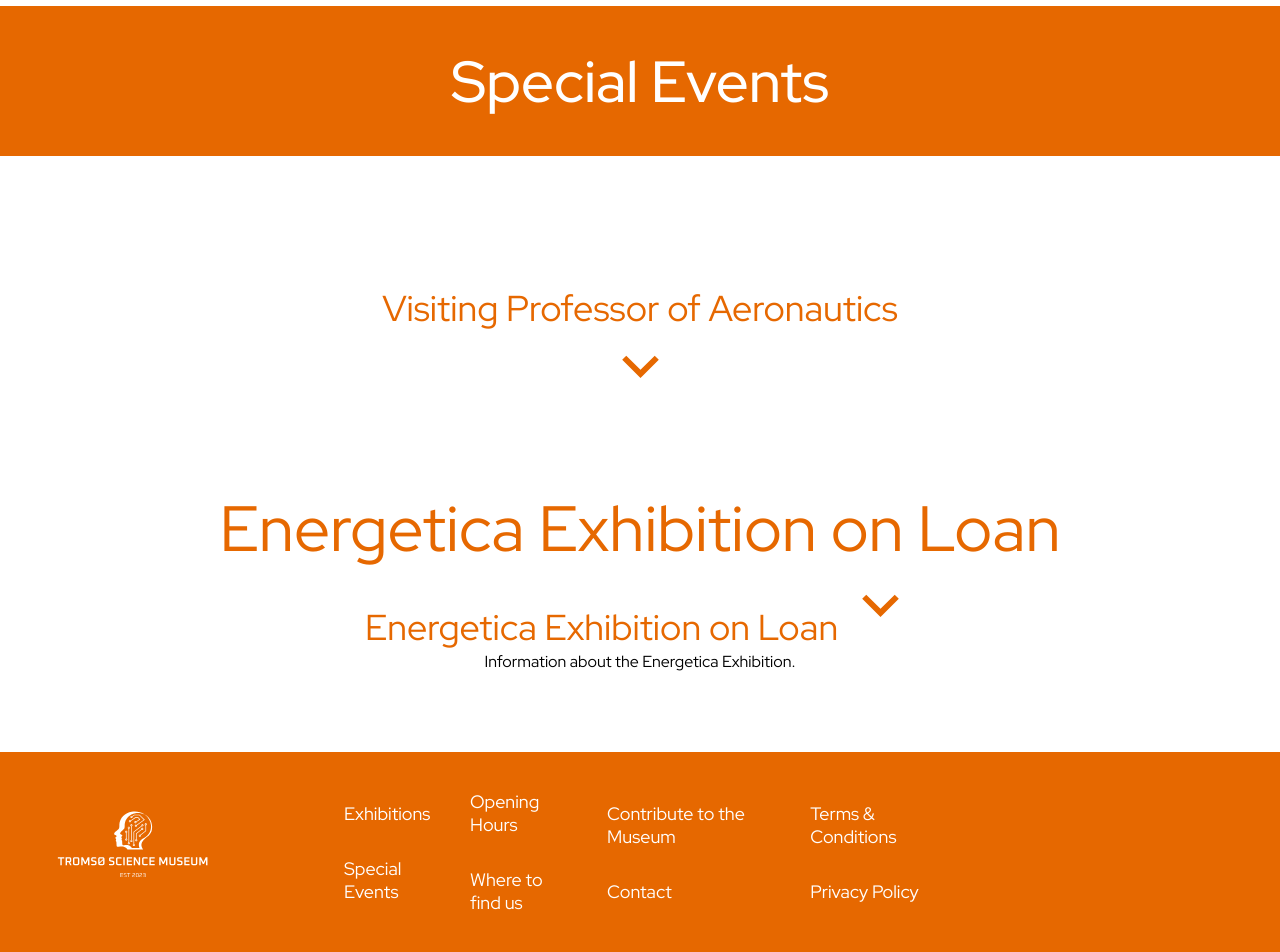
Repository: benjaminskarding/Semester-Project
Page: index.html
The author's editor kept a copy of each file at every save. The page is drawn from the files as they stood at one save, then again after the next save.
The browser window is 1280 px wide. The pictures show the part of the page from y = 5123 to 6075 px (the page is 6075 px tall before and 5990 px after).
A picture or video elsewhere on the page could not be fetched, so the positions and the page height are approximate.

Above is the page before, as saved 2023-12-04 12:37:52.

### index.html
<!DOCTYPE html>
<html lang="en">
<head>
    <meta charset="UTF-8">
    <meta name="viewport" content="width=device-width, initial-scale=1.0">
    <link rel="stylesheet" href="/src/css/index.css">
    <link rel="preconnect" href="https://fonts.googleapis.com">
    <link rel="preconnect" href="https://fonts.gstatic.com" crossorigin>
    <link href="https://fonts.googleapis.com/css2?family=Red+Hat+Display:wght@300;400;500;600;700;800&display=swap" rel="stylesheet">
    <title>Document</title>
</head>
<body>
<div class="landing-section">

    <div class="fullscreen-bg-vid">
        <video loop muted autoplay>
            <source src="assets/videos/30001-0863.mp4" type="video/mp4">
        </video>
    </div>

    <header class="header-collection">
        <div class="header-wrapper">
            <nav class="header-main-nav">
                <div class="header-nav-left-placeholder">
                </div>
                <div class="header-nav-center-logo">
                    <a href="index.html" aria-label="Go to homepage">
                        <img class="logo" src="assets/images/logo/whitelogo.svg" alt="company logo">
                    </a>
                </div>
                <div class="header-nav-right">
                    <label for="menuToggle" class="menu-button" aria-label="Open Menu"> <!--toggles overlay-->
                        <span class="white">MENU</span>
                        <img src="assets/images/icons/helix.svg" class="menuIcon" alt="navigation menu icon">
                    </label>
                </div>
            </nav>
        </div>

        <!--Hamburger overlay-->
        <input type="checkbox" id="menuToggle" class="menu-toggle-checkbox" style="display: none;">
        <div class="hamburger-overlay-homepage" id="menuOverlay" aria-label="Menu overlay">

            <div class="overlay-header">
                <h3 class="medium">Menu</h3>
                <label for="menuToggle" class="overlay-close-btn" aria-label="Close menu">&times;</label>
            </div>

            <div class="overlayOptionsContainer">
                <a href="index.html">
                  <h5 class="menu-item">Home</h5>
                </a>
                <a href="exhibitions.html">
                  <h5 class="menu-item">Exhibitions</h5>
              </a>
                <a href="special_events.html">
                  <h5 class="menu-item">Special Events</h5>
              </a>
                <a href="contribute.html">
                  <h5 class="menu-item">Contribute to the Museum</h5>
              </a>
                <a href="contact.html">
                  <h5 class="menu-item">Contact</h5>
              </a>
                <a href="terms_conditions.html">
                  <h5 class="menu-item">Terms & Conditions</h5>
              </a>
                <a href="privacy_policy.html">
                  <h5 class="menu-item">Privacy Policy</h5>
              </a>
            </div>
            <div class="overlayLogoContainer">
                <img src="assets/images/logo/whitelogo.svg" class="overlayLogo" alt="company logo in hamburger overlay">
            </div>
        </div>
    </header>


    <div class="hero-text">
        <h1><a href=#>CURRENT EXHIBITIONS</a></h1>
        <div class="hero-text-bottom">
            <div class="title">
                <h2 class="specEvent"><a href=#>SPECIAL EVENTS</a></h2>
            </div>
            <div class="additional-links">
                <div class="link-with-line">
                    <a href="contact.html" class="hero-small-link">CONTACT</a>
                    <div class="line"></div>
                </div>
                <div class="link-with-line">
                    <a href="#" class="hero-small-link-two">CONTRIBUTE TO THE MUSEUM</a>
                    <div class="line"></div>
                </div>
            </div>
        </div>
    </div>
</div>
    <div class="title-bar">
        <h3 class="medium">Visit</h3>
    </div>

    <div class="main-grid">
        <div class="left-column">
            <div class="column-text-content">
                <h4 class="medium orange">Admission</h4>
                <h6>The entrance is free for all.</h6>
                <p>There are guided tours of the museum that leave every hour.</p>
                <p>These tours are 70 NOK per person and include a handy printed guide of the museum.</p>
                <p>If you would like to organise a guided tour for your group of 6 or more people, please contact us to arrange the tour.</p>
                <p class="orange bold">Accessibility</p>
                <p>The museum has wheelchair accessibility ramps.</p>
                <p>It also has audio guides and braille display signs for the visually impaired.</p>
            </div>
        </div>
        <div class="center-column">
            <div class="column-text-content">
                <p class="orange bold">Shop</p>
                <p>Our shop offers a range of memorabilia from the museum as well as great gifts and activity packs that allow you to continue to explore science even after you’ve left the museum.</p>
                <p class="orange bold">Food and Drink</p>
                <p>There is a café attached to the museum where you can get light lunches, soft drinks, coffee, snacks and more.</p>
            </div>
        </div>
        <div class="right-sidebar">
            <div class="sidebarSection">
                <h5>Our Location</h5>
                <hr>
                <p>Tromsø Science Museum</p>
                <p>123 Northern Lights Avenue</p>
                <p>Tromsø, Norway</p>
            </div>
            <div class="sidebarSection">
                <h5>Opening Hours</h5>
                <hr>
                <p>Monday: Closed</p>
                <p>Tuesday: 10:00 – 16:00</p>
                <p>Wednesday: 10:00 – 16:00</p>
                <p>Thursday: 10:00 – 16:00</p>
                <p>Friday: 10:00 – 19:00</p>
                <p>Saturday: 9:00 – 16:00</p>
                <p class="lastpar">Sunday: 9:00 – 13:00</p>
            </div>
        </div>

        <div class="image">
            <img src="assets/images/x/cube.jpg">
        </div>
        <div class="mid-right-column">
            <div class="right-column-text-content">
                <h2 class="orange">Explore Together</h2>
                <p class="semibold">Come join us at the Tromsø Science Museum where we’re committed to making science accessible to all.</p>
                <p>Over the course of human history, science has developed from our early understanding of fire, wind, water, and earth to exploring everything from galaxies far away to the very building blocks of life itself.</p>
                <p>The aim of our museum is to create a space where everyone can experience the wonders of our discoveries and perhaps even ignite a lifelong passion to continue the exploration of the world around us.</p>
                <p>We believe science should not be confined to the textbook, but brought to live through exhibits. This is why we have over 1000 different exhibits on the many varied subjects of science to explore.</p>
                <p>Many of these exhibits are designed for you to interact with and play around to see science come to life (apart from the dinosaur exhibits – they only come to life at night when everyone’s gone home).</p>
            </div>
        </div>
    </div>

    <div class="mid-bar"></div>

    <div class="grid2">
        <div class="teach-col">
            <div class="column-text-content">
                <h4 class="medium orange">For Teachers</h4>
                <p class="semibold">As a community-driven museum, we want to work with schools to create places of learning and exploring.</p>
                <p>Our team are on hand to give your students guided tours of the museum, teach them in our learning laboratory, and provide great video presentations that will excite and inspire them.</p>
                <p>Please get in touch with us here to find out more about our facilities and to arrange a time to bring your students through for a visit.</p>
            </div>
        </div>

        <div class="low-mid-right-column">
            <div class="right-column-text-content">
                <h4 class="medium orange">For Kids</h4>
                <p class="semibold">Are you a young person looking to learn more about science? Come on down to our museum, there’s plenty to see and do.</p>
                <p>You can learn about Newtonian physics from our bumper swing, or why not travel back in time and meet our resident Woolly Mammoth? Our exhibits are designed to be accessible for interested minds, so make sure you come ready to learn and explore.</p>
                <p>We also have the Young Stars club which meets once a week on a Saturday between 10:00 and 13:00 where you’ll get to explore and experiment with our team of experts.</p>
                <p class="lastpar">During the school holidays we run special holiday clubs where you can join other children your age to go on a journey of discovery. Each holiday we pick a new theme to explore. To find out more about the holiday club and how you can join, send us a message.</p>
                <h4 class="medium orange">Researchers</h4>
                <p class="semibold">Are you looking to get involved with our team of researchers and academics?</p>
                <p>Our museum offers various ways for you to use our resources and contribute towards them. We have online records, laboratory space, and a working relationship with a number of universities around the country.</p>
            </div>
        </div>

        <div class="left-sidebar">
            <div class="sidebarSection">
                <h5>Special Events</h5>
                <hr>
                <p>Visiting Professor of Aeronautics</p>
                <p>Night in the Museum</p>
                <p>Energetica Exhibition on Loan</p>
            </div>
            <div class="sidebarSection">
                <h5>Current Exhibitions</h5>
                <hr>
                <p>Cosmology</p>
                <p>Evolution</p>
                <p>Biology & Medicine</p>
                <p>Ecology</p>
                <p>Robotics & AI</p>
            </div>
        </div>
    </div>

    <div class="title-bar title-bar-right">
        <h3 class="medium">Exhibitions</h3>
    </div>


    <div class="grid3">
        <div class="imageCarousel image">
            <img src="assets/images/x/spaceman.jpg">
        </div>
        <div class="carouselDescription">
            <div class="column-text-content">
                <h5 class="orange">Discover the Cosmos</h5>
                <p class="semibold">Embark on a celestial journey at the Tromsø Science Museum's space exhibit.</p>
                <p>Dive into the history of space exploration, from the earliest dreams of flying to the moon, to the latest discoveries in the vast expanse of our universe.</p>
            </div>
        </div>
        <div class="exhibText">
            <div class="right-column-text-content">
                <h4 class="medium orange">Engage, Learn and Interact</h4>
                <p class="semibold">The Tromsø Science Museum is not just a building; it's a celebration of human curiosity and the relentless pursuit of knowledge.</p>
                <p>As a beacon of discovery, our exhibitions are thoughtfully designed to inspire awe, stimulate intellect, and provoke conversation.</p>
                <p>From the enigmatic depths of outer space to the microscopic intricacies of biology, each exhibit serves as a window to the vast and varied tapestry of the universe.</p>
                <a href="#" class="exhibButton medium">Tour All Exhibitions</a>
            </div>
        </div>
    </div>

    <div class="title-bar">
        <h3 class="medium">Contribute</h3>
    </div>

    <div class="grid4">
        <div class="suppMuseum">
            <div class="column-text-content">
                <h4 class="medium orange">Support the Museum</h4>
                <p class="semibold">Tromsø Science Museum is not just a space, it's a vibrant hub for exploration and learning, a testament to the power of community involvement.</p>
                <p>While our contributions page provides detailed ways you can join in our efforts, here we invite you to consider the unique impact that your support can create.</p>
            </div>
            <div class="navStuff">
                <div class="buttonWrapper">
                    <a href="#" class="navButtonSmall medium">Internship</a>
                    <img src="assets/images/icons/longArrow.svg" alt="Right Arrow" class="arrowIcon">
                </div>
                <div class="buttonWrapper">
                    <a href="#" class="navButtonSmall medium">Make a Gift</a>
                    <img src="assets/images/icons/longArrow.svg" alt="Right Arrow" class="arrowIcon">
                </div>
                <div class="buttonWrapper">
                    <a href="#" class="navButtonSmall medium">Volunteer</a>
                    <img src="assets/images/icons/longArrow.svg" alt="Right Arrow" class="arrowIcon">
                </div>
                <div class="buttonWrapper">
                    <a href="#" class="navButtonSmall medium">Donate</a>
                    <img src="assets/images/icons/longArrow.svg" alt="Right Arrow" class="arrowIcon">
                </div>
            </div>
        </div>

        <div class="supportImage image">
            <img src="assets/images/x/supp.jpg">
        </div>
    </div>

    <div class="title-bar-center">
        <h3 class="medium">Special Events</h3>
    </div>

    <div class="specEvents">
        <div class="specContent">
            <div class="specSection">
                <h5 class="orange regular">Visiting Professor of Aeronautics</h5>
                <img src="assets/images/icons/arrow-down-s-line.svg" class="arrow" alt="expand">
            </div>
            <div class="specSection">
                <h2 class="orange regular">Energetica Exhibition on Loan</h2>
            </div>
            <a href="#EnergeticaExhibition" id="EnergeticaExhibition" class="energeticaExhib orange">
                Energetica Exhibition on Loan
                <!-- Inline SVG for the arrow -->
                <img src="assets/images/icons/arrow-down-s-line.svg" class="arrow">
            </a>
            <div class="details">
                Information about the Energetica Exhibition.
            </div>
        </div>
    </div>

    <footer id=desktop-footer class="footer">
        <div class="footer-container">
              <!--footer left side-->
            <div class="footer-left-container">
              <a href="index.html"  aria-label="Back to homepage">
                <img src="assets/images/logo/whitelogo.svg" class="footer-logo" alt="company logo in footer">
              </a>
            </div>
            <!--footer center-->
            <div class="footer-center-container">
              <div class="footer-column-1">
                <p class="footer-titles">Exhibitions</p>
                <p class="footer-titles">Special Events</p>
              </div>
              <div class="footer-column-2">
                <p class="footer-titles">Opening Hours</p>
                <p class="footer-titles">Where to find us</p>
              </div>
              <div class="footer-column-3">
                <p class="footer-titles">Contribute to the Museum</p>
                <p class="footer-titles">Contact</p>
              </div>
              <div class="footer-column-4">
                <p class="footer-titles">Terms & Conditions</p>
                <p class="footer-titles">Privacy Policy</p>
              </div>
            </div>

            <div class="footer-right-container-placeholder"></div>
        </div>
      </footer>

</body>
</html>

### src/css/index.css
@import url(common.css);
@import url(_reset.css);
@import url(_variables.css);

/* variables specific to this page */

h1 {
    position: relative;
}

h1:hover {
    color: var(--color-secondary)
}

h4 {
    margin-right: 3rem;
}
/* Header landing page specific */

.header-collection {
    background: none;
}

/* Hamburger overlay specific to this page */

.hamburger-overlay-homepage {
    position: fixed;
    top: 20rem;
    right: 0;
    height: 100%;
    width: 33%;
    background-color: var(--color-secondary);
    transform: translateX(100%);
    transition: transform 0.3s;
    display: flex;
    flex-direction: column;
    justify-content: flex-start;
    visibility: hidden;
    z-index: 1000;
}

.menu-toggle-checkbox:checked ~ .hamburger-overlay-homepage {
    transform: translateX(0);
    visibility: visible;
}

/* Landing section viewport container */

.landing-section {
    height: 100vh;
}

/*Background video */

.fullscreen-bg-vid {
    position: absolute;
    top: 0;
    left: 0;
    z-index: -1;
    overflow: hidden;
}


.fullscreen-bg-vid video {
    width: 100vw;
    height: 100vh;
    object-fit: cover;
}


/* Hero text*/

.hero-text {
    position: absolute;
    display: flex;
    flex-direction: column;
    bottom: 0;
    left:0;
    margin-left: 3rem;
    margin-bottom: 3rem;
    font-family: var(--font-primary);
    color: white;
    font-size: 3rem;
}

.hero-text-bottom {
    display: flex;
    align-items: center;
}

.additional-links {
    display: flex;
    flex-direction: column;
    margin-left: 1rem;
    gap: 1rem;
    font-size: 1.25rem;
    width: 50%;
}

.title {
    width: 56%;
    border: 4px solid var(--color-secondary);
    border-radius: 2rem;
    padding: 1rem;
}


.link-with-line {
    display: flex;
    align-items: center;
}

.line {
    display: flex;
    margin-left: 1rem;
    top: 50%;
    width: 100%;
    border-top: 2px solid white;
    transform: translateY(-50%);
}

.hero-small-link, .hero-small-link-two {
    z-index: 1;
    white-space: nowrap;
}

.hero-small-link:hover + .line,
.hero-small-link-two:hover + .line {
    border-top-color: var(--color-secondary);
}


/* END OF INITIAL VIEWPORT */

/* Main content */

.main-grid {
    display: grid;
    margin-top: 0;
    grid-gap: 2rem;
    grid-template-columns: 1fr 1fr 33%;
    grid-template-rows: auto;
    grid-template-areas:
    "left-column center-column right-sidebar"
    "image image mid-right-column"
    "mid-bar mid-bar mid-bar";
}

.left-column    { grid-area: left-column}
.center-column    { grid-area: center-column}
.right-sidebar    { grid-area: right-sidebar}
.image { grid-area: image}
.mid-right-column { grid-area: mid-right-column }
.mid-bar { grid-area: mid-bar}


/*Separating bars */

.title-bar {
    display: grid;
    grid-gap: 2rem;
    grid-template-columns: 1fr 1fr 33%;
    grid-template-rows: auto;
    align-items: center;
    height: 150px;
    width: 100%;
    background-color: var(--color-secondary);
}

.title-bar h3 {
    margin-left: 3rem;
}

.title-bar-right .medium {
    grid-column: 3;
    margin-left: 0rem;
}

.title-bar-center .medium {
    display: flex;
    justify-content: center;
    align-items: center;
    height: 150px;
    width: 100%;
    background-color: var(--color-secondary);
}

.mid-bar {
    display: flex;
    height: 82px;
    width: 100%;
    background-color: var(--color-secondary);
}

/* Visit Section Main Content */

.left-column, .right-sidebar, .center-column, .left-sidebar {
    display: flex;
    flex-direction: column;
}

.center-column {
    margin-top: 5.3rem;
}

.right-sidebar, .left-sidebar {
    justify-content: space-evenly;
    color:white;
    background-color: var(--color-secondary);
}

.sidebarSection {
    display: flex;
    flex-direction: column;
    align-items: center;
}

.sidebarSection hr {         /* Separator line visual only */
    border: none;
    height: 1px;
    background-color: white;
    margin-bottom: 20px;
    width: 25rem;
}

.column-text-content p,
.column-text-content li,
.column-text-content h4,
.column-text-content h6 {      /* General rule */
    margin-bottom: 1rem;
    margin-top: 1rem;
}


.left-column .column-text-content p,
.left-column .column-text-content li,
.left-column .column-text-content h4,
.left-column .column-text-content h6,
.teach-col .column-text-content p,
.teach-col .column-text-content li,
.teach-col .column-text-content h4,
.teach-col .column-text-content h6 {
    margin-left: 3rem;
}

.right-column-text-content p,
.right-column-text-content h2 {
    margin-left: 0rem;
    margin-right: 3rem;
    margin-top: 1rem;
}

.image img {
    width: 100%;
    display: block;
}

.teach-col .column-text-content h4 {
    margin-top: 0;
}

.teach-col {
    margin-bottom: 0;
}

.grid2 {
    display: grid;
    grid-template-columns: 2fr 33%;
    grid-template-rows: 1fr 2fr;
    grid-gap: 2rem;
    margin-right: 0rem;
    margin-top: 2rem;
    grid-template-areas:
    "teach-col low-mid-right-column"
    "left-sidebar low-mid-right-column";
  }

.teach-col { grid-area: teach-col}
.low-mid-right-column {grid-area: low-mid-right-column}
.left-sidebar {grid-area: left-sidebar}

.grid3 {
    display: grid;
    grid-template-columns: 2fr 1fr 33%;
    grid-template-rows: auto;
    grid-gap: 2rem;
    margin: 2rem 0 2rem 0;
    grid-template-areas:
    "imageCarousel carouselDescription exhibText"
  }

.imageCarousel { grid-area: imageCarousel}
.exhibText {grid-area: exhibText}
.carouselDescription { grid-area: carouselDescription}


.carouselDescription {
    flex-direction: column;
    background-color: #D9D9D9;
}


.carouselDescription p,
.carouselDescription h5 {
    margin: 1rem 1rem 0 1rem;
}



.exhibButton {
    display: block;
    text-align: center;
    border: 2px solid var(--color-secondary);
    border-radius: 10px;
    padding: 2rem;
    margin: 2rem 3rem 0 0;
    font-size: 3rem;
    color: var(--color-secondary)
}

.grid4 {
    display: grid;
    grid-template-columns: 33% 2fr;
    grid-template-rows: auto;
    grid-gap: 2rem;
    margin: 2rem 0 2rem 2rem;
    grid-template-areas:
    "suppMuseum supportImage"
  }

.suppMuseum { grid-area: suppMuseum}
.supportImage {grid-area: supportImage}

.navStuff {
    display: flex;
    flex-direction: column;
}

.buttonWrapper {
    display: flex;
    align-items: center;
    margin-bottom: 2rem;
}

.navButtonSmall {
    display: block;
    text-align: center;
    border: 2px solid var(--color-secondary);
    border-radius: 10px;
    padding: 1rem;
    margin: 0 1rem 0 0;
    font-size: 1.5rem;
    width: 15rem;
    color: var(--color-secondary)
}

.navButtonSmall img {
    width: auto;
}


.specEvents {
    display: flex;
    flex-direction: column;
    justify-content: center;
    align-items: center;
    margin-bottom: 5rem;
}

.specContent {
    text-align: center;
    margin-top: 3rem;
}

.specContent h5,
.specContent h2 {
    margin-top: 5rem;
}

.energeticaExhib{
    font-size: 2.25rem;
}

### src/css/_reset.css
*, *:before, *:after {
    box-sizing: inherit;
  }

  body {
    box-sizing: border-box;
    min-height: 100vh;
    margin: 0;
  }

Loaded but not shown: src/css/common.css (228 lines, source omitted); src/css/_variables.css (88 lines, source omitted)

After the next save:
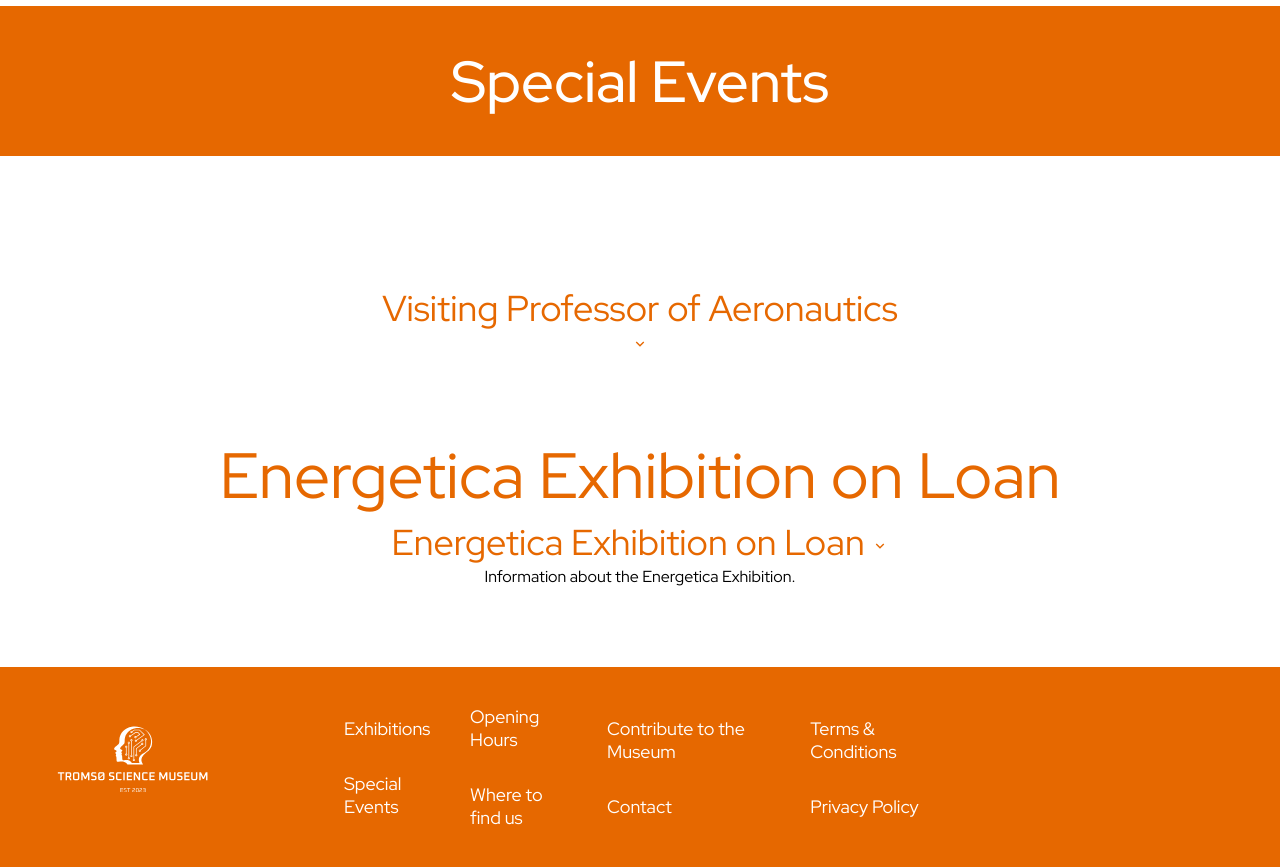
Saved 22 s later.
--- a/src/css/index.css
+++ b/src/css/index.css
@@ -380,3 +380,12 @@ h4 {
 .energeticaExhib{
     font-size: 2.25rem;
 }
+
+.arrow {
+    transition: transform 0.3s ease;
+    /* Adjust the size as necessary */
+    width: 16px;
+    height: 16px;
+    vertical-align: middle;
+    /* Ensures the arrow aligns nicely with the text */
+}
